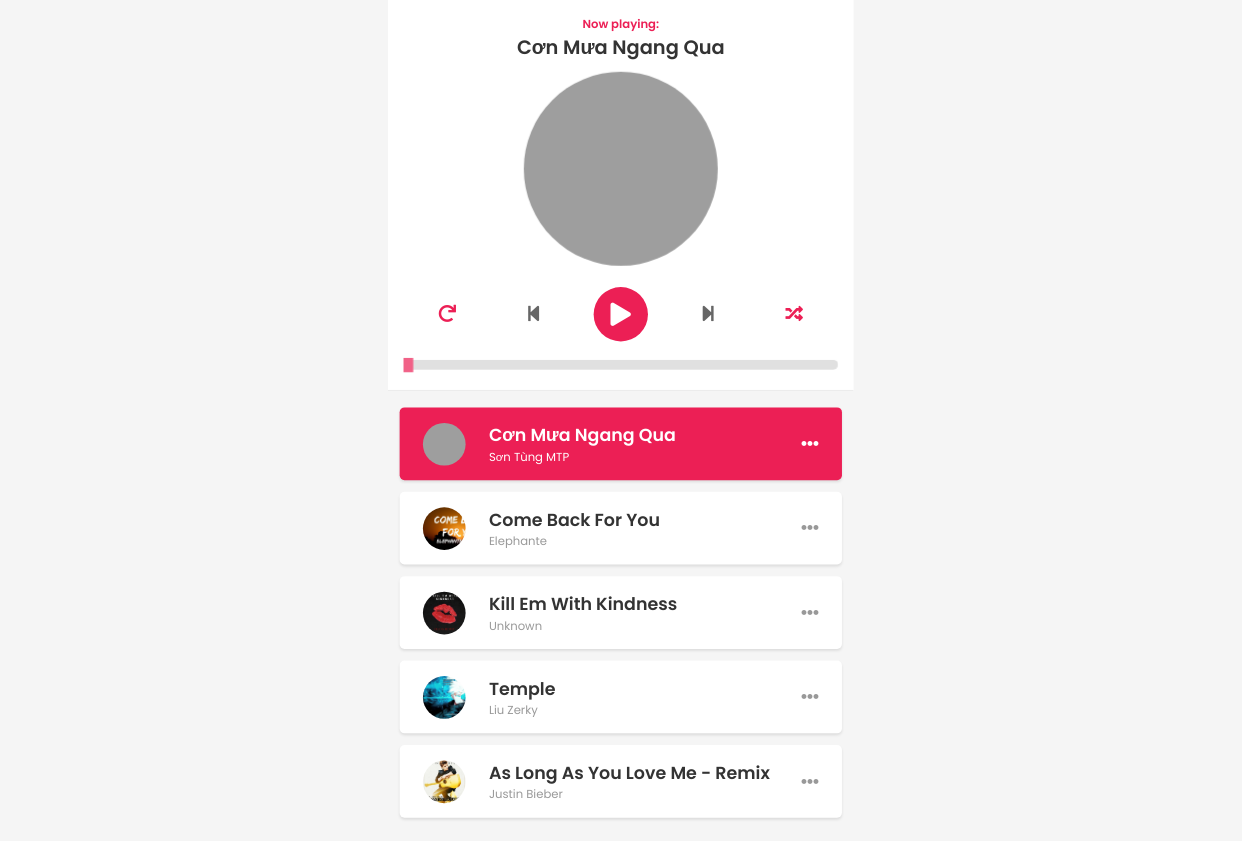
Repository: vandat598/musicPlayer
Page: index.html
The author's editor kept a copy of each file at every save. The page is drawn from the files as they stood at one save, then again after the next save.
The browser window is 1280 px wide. The pictures show the whole page, at 97% of full size.
Pictures or frames that could not be fetched are drawn as grey boxes.

Above is the page before, as saved 2022-04-30 14:48:30.

After the next save:
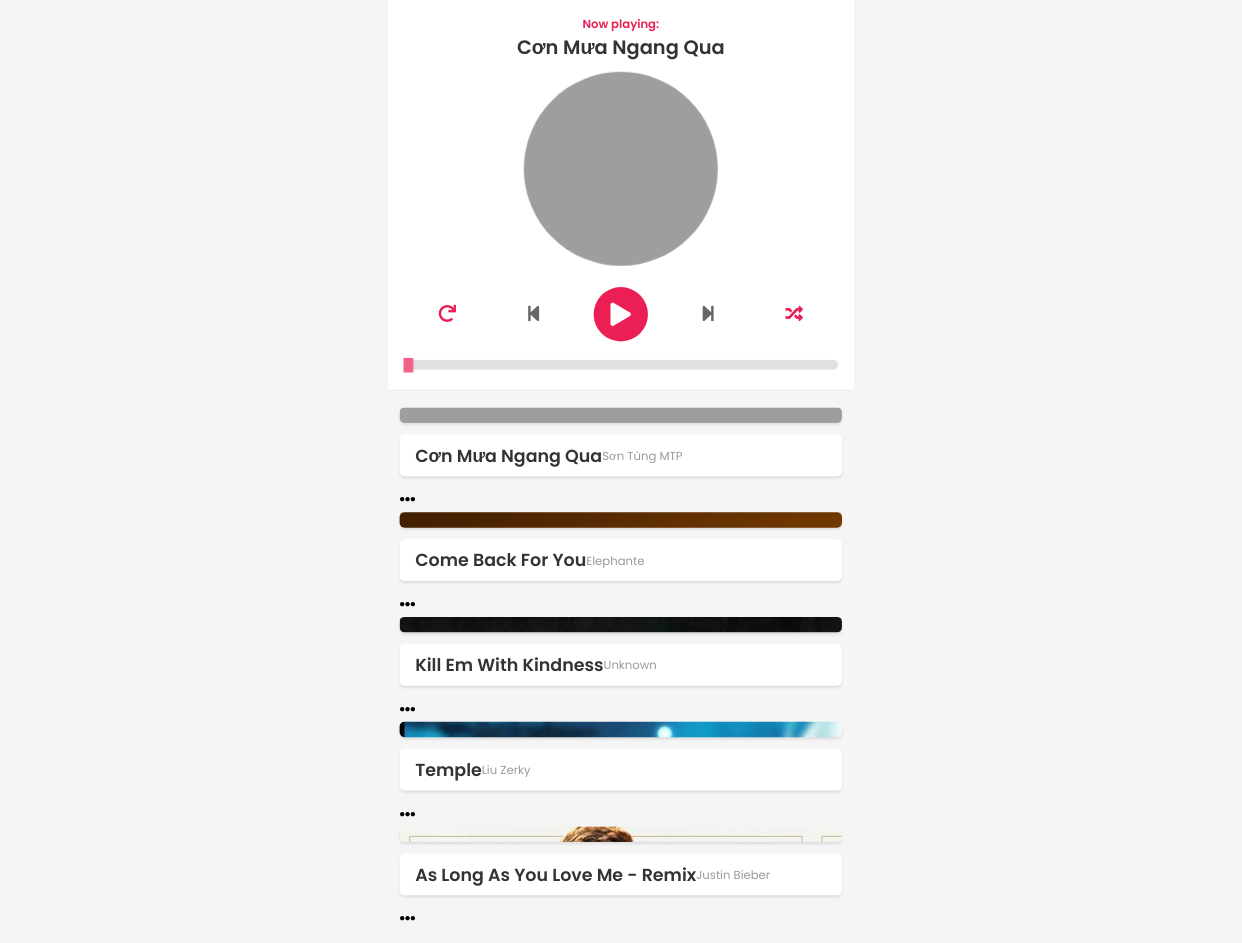
Saved 3 min 43 s later.
--- a/index.html
+++ b/index.html
@@ -199,14 +199,14 @@
         render() {
           const htmls = this.songs.map((song, index) => {
             return `
-              <div class="song ${
+              <div class="${
                 index === this.currentIndex ? 'active' : ''
               }" data-index="${index}">
-                <div class="thumb" style="background-image: url('${
+                <div class="song thumb" style="background-image: url('${
                   song.image
                 }')">
                 </div>
-                <div class="body">
+                <div class="song body">
                   <h3 class="title">${song.name}</h3>
                   <p class="author">${song.singer}</p>
                 </div>

After the save that followed:
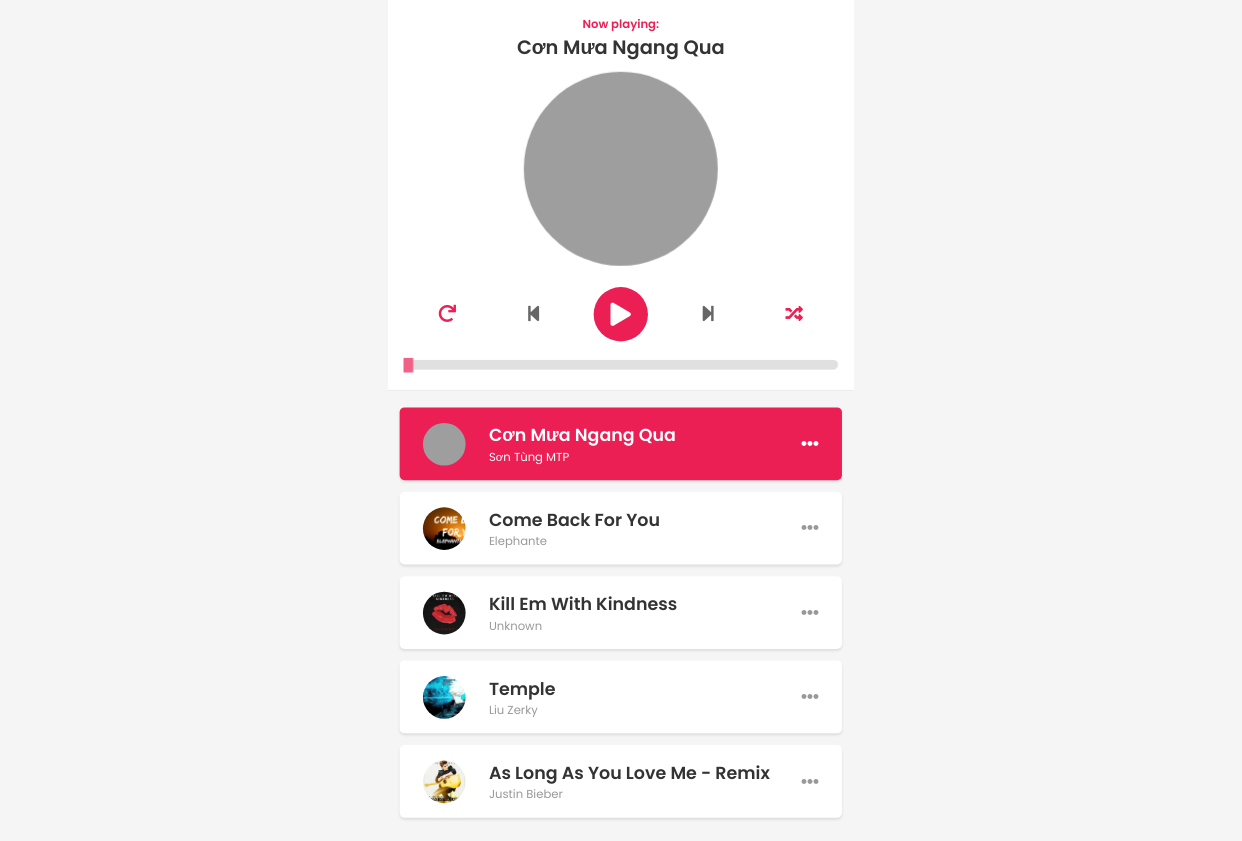
Saved 27 s later.
--- a/index.html
+++ b/index.html
@@ -199,14 +199,14 @@
         render() {
           const htmls = this.songs.map((song, index) => {
             return `
-              <div class="${
+              <div class="song ${
                 index === this.currentIndex ? 'active' : ''
               }" data-index="${index}">
-                <div class="song thumb" style="background-image: url('${
+                <div class="thumb" style="background-image: url('${
                   song.image
                 }')">
                 </div>
-                <div class="song body">
+                <div class="body">
                   <h3 class="title">${song.name}</h3>
                   <p class="author">${song.singer}</p>
                 </div>
